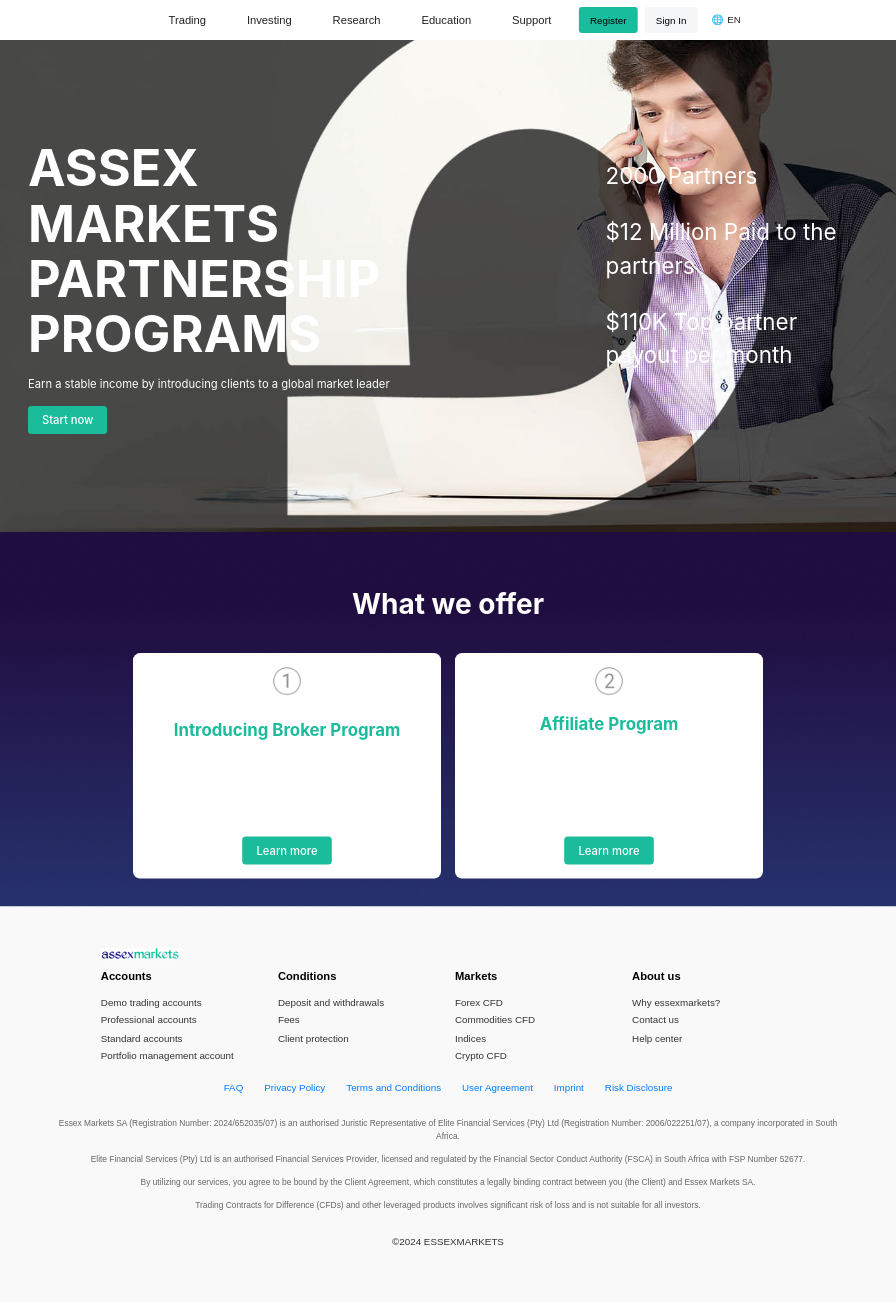
Repository: RevenewMarketing/Assex
Page: /partner
These files come from the project's save history. The page is drawn as it stood at one moment and after a run of saves; the edit follows.
The browser window is 1280 px wide. The pictures show the whole page, at 70% of full size.
The project was rebuilt for these pictures with package versions that can differ from the ones it lists, and the page was loaded fresh each time. Also part of the build but not shown: vite.config.ts, src/pages/home/sections/HeroSection.module.css, src/pages/home/sections/HeroSection.tsx, src/pages/home/sections/Section2.tsx, src/pages/home/sections/Section3.tsx, src/pages/home/sections/Section4.tsx, src/pages/home/sections/Section5.tsx, src/pages/home/sections/Section6.tsx and 10 more.

Above is the page before, as saved 2024-11-28 00:47:00.

### index.html
<!doctype html>
<html lang="en">
  <head>
    <meta charset="UTF-8" />
    <link rel="icon" type="image/svg+xml" href="/vite.svg" />
    <meta name="viewport" content="width=device-width, initial-scale=1.0" />
    <title>Assex</title>
  </head>
  <body>
    <div id="root"></div>
    <script type="module" src="/src/main.tsx"></script>
  </body>
</html>

### src/index.css
:root {
  font-family: Inter, system-ui, Avenir, Helvetica, Arial, sans-serif;
  line-height: 1.5;
  font-weight: 400;
  color-scheme: light dark;
  color: rgba(255, 255, 255, 0.87);
  background-color: #ffffff;
  font-synthesis: none;
  max-width: 1920px;
  margin: auto;
  text-rendering: optimizeLegibility;
  -webkit-font-smoothing: antialiased;
  -moz-osx-font-smoothing: grayscale;
}

a {
  font-weight: 500;
  color: #646cff;
  text-decoration: inherit;
}

a:hover {
  color: #535bf2;
}

body {
  margin: 0;
  display: flex;
  place-items: center;
  min-width: 320px;
  min-height: 100vh;
  background-color: #FFF;
  /* align-content: center; */
  flex-direction: column;
  justify-content: flex-start;
}

h1 {
  font-size: 3.2em;
  line-height: 1.1;
}

button {
  border-radius: 8px;
  border: 1px solid transparent;
  padding: 0.6em 1.2em;
  font-size: 1em;
  font-weight: 500;
  font-family: inherit;
  background-color: #1a1a1a;
  cursor: pointer;
  transition: border-color 0.25s;
}

button:hover {
  border-color: #646cff;
}

button:focus,
button:focus-visible {
  outline: 4px auto -webkit-focus-ring-color;
}

@media (prefers-color-scheme: light) {
  :root {
    color: #213547;
    background-color: #ffffff;
  }

  a:hover {
    color: #747bff;
  }

  button {
    background-color: #f9f9f9;
  }
}

### src/App.tsx

import './App.css'
// import Navigation from './pages/home/Navigation'
import NavigationMenu from './components/navigation-menu/NavigationMenu'

import { BrowserRouter, Route, Routes } from 'react-router';
import Home from './pages/home/Home';
import Footer from './components/footer-section/Footer';
import About from './pages/about/About';
import Partner from './pages/partner/Partner';

function App() {

  return (
    <>
    <BrowserRouter>
    <NavigationMenu />
    <Routes>
      <Route path="/" element={<Home />} />
      <Route path="/about" element={<About />} />
      <Route path="/partner" element={<Partner />} />
      {/* Define other routes */}
    </Routes>
    <Footer />
  </BrowserRouter>


    </>
  )
}

export default App

### src/App.css
#root {
  max-width: 1920px;
  width: 100%;
  margin: 0 auto;
  padding: 0;
  text-align: center;
}

.logo {
  height: 6em;
  padding: 1.5em;
  will-change: filter;
  transition: filter 300ms;
}
.logo:hover {
  filter: drop-shadow(0 0 2em #646cffaa);
}
.logo.react:hover {
  filter: drop-shadow(0 0 2em #61dafbaa);
}

@keyframes logo-spin {
  from {
    transform: rotate(0deg);
  }
  to {
    transform: rotate(360deg);
  }
}

@media (prefers-reduced-motion: no-preference) {
  a:nth-of-type(2) .logo {
    animation: logo-spin infinite 20s linear;
  }
}

.card {
  padding: 2em;
}

.read-the-docs {
  color: #888;
}

/* Auth Buttons */
.authButtons {
  /* margin-left: auto; */
  display: flex;
  gap: 10px;
}

### src/components/footer-section/Footer.tsx

import styles from './FooterStyles.module.css';
import essexLogo from '../../assets/pages/Global/2-Footer/1AssexMarket-WordMark.png';
import { Link } from 'react-router';

const footerContent = {
  accounts: [
    'Demo trading accounts',
    'Professional accounts',
    'Standard accounts',
    'Portfolio management account',
  ],
  conditions: ['Deposit and withdrawals', 'Fees', 'Client protection'],
  markets: ['Forex CFD', 'Commodities CFD', 'Indices', 'Crypto CFD'],
  aboutUs: ['Why essexmarkets?', 'Contact us', 'Help center'],
  links: ['FAQ', 'Privacy Policy', 'Terms and Conditions', 'User Agreement', 'Imprint', 'Risk Disclosure'],
  details: [
    'Essex Markets SA (Registration Number: 2024/652035/07) is an authorised Juristic Representative of Elite Financial Services (Pty) Ltd (Registration Number: 2006/022251/07), a company incorporated in South Africa.',
    'Elite Financial Services (Pty) Ltd is an authorised Financial Services Provider, licensed and regulated by the Financial Sector Conduct Authority (FSCA) in South Africa with FSP Number 52677.',
    'By utilizing our services, you agree to be bound by the Client Agreement, which constitutes a legally binding contract between you (the Client) and Essex Markets SA.',
    'Trading Contracts for Difference (CFDs) and other leveraged products involves significant risk of loss and is not suitable for all investors.',
  ],
};

const Footer: React.FC = () => {
  return (
    <footer className={styles.footerContainer}>
      <div className={styles.logoContainer}>
        <img src={essexLogo} alt="Essex Markets Logo" />
      </div>
      <div className={styles.columnsContainer}>
        <div>
          <h4>Accounts</h4>
          <ul>
            {footerContent.accounts.map((account, index) => (
              <li key={index}>{account}</li>
            ))}
          </ul>
        </div>
        <div>
          <h4>Conditions</h4>
          <ul>
            {footerContent.conditions.map((condition, index) => (
              <li key={index}>{condition}</li>
            ))}
          </ul>
        </div>
        <div>
          <h4>Markets</h4>
          <ul>
            {footerContent.markets.map((market, index) => (
              <li key={index}>{market}</li>
            ))}
          </ul>
        </div>
        <div>
          <Link
            to="/about"

           ><h4>About us</h4></Link>
          <ul>
            {footerContent.aboutUs.map((about, index) => (
              <li key={index}>{about}</li>
            ))}
          </ul>
        </div>
      </div>
      <div className={styles.linksContainer}>
        {footerContent.links.map((link, index) => (
          <a href="#" key={index}>
            {link}
          </a>
        ))}
      </div>
      <div className={styles.details}>
        {footerContent.details.map((detail, index) => (
          <p key={index}>{detail}</p>
        ))}
      </div>
      <div className={styles.copyright}>
        <p>©2024 ESSEXMARKETS</p>
      </div>
    </footer>
  );
};

export default Footer;

### src/pages/partner/Partner.tsx
import Section1 from "./sections/Section1"
import Section2 from "./sections/Section2"


const Partner = () => {
  return (
    <div>
      <Section1 />
      <Section2 />
    </div>
  )
}

export default Partner

### src/components/navigation-menu/NavigationMenu.module.css
.navigationContainer {
  position: relative;
  font-family: Arial, sans-serif;
}

/* Navigation Bar */
.navigationBar {
  position: fixed;
  top: 0;
  left: 0;
  width: 100%;
  display: flex;
  background-color: #ffffff;
  padding: 10px 20px;
  box-sizing: border-box;
  z-index: 1001;
  justify-content: center;
}

/* Menu Item Container */
.menuItemContainer {
  margin-right: 20px;
}

/* Menu Items */
.menuItem {
  background: none;
  border: none;
  color: rgb(34, 34, 34);
  font-size: 16px;
  cursor: pointer;
  transition: opacity 0.3s;
}

.menuItem:hover {
  opacity: 0.7;
}

.active {
  opacity: 0.5;
}



.languageSelector {
  margin-left: 20px;
  display: flex;
  align-items: center;
  font-size: 14px;
  color: #000000d8;
  cursor: pointer;
}

.globeIcon {
  margin-right: 5px;

}

/* Submenu */
.submenu {
  position: fixed;
  top: 50px;
  left: 0;
  width: 100%;
  height: 300px;
  background-color: #ffffff;
  box-shadow: 0 4px 8px rgba(0, 0, 0, 0.2);
  padding: 20px;
  box-sizing: border-box;
  z-index: 1000;
  opacity: 0;
  transform: translateY(-100%);
}

.submenuContent {
  display: flex
  ;
      justify-content: flex-start;
      gap: 10dvw;
      padding: 0 5dvw;
}

.submenuSection h4 {
  color: #0000003d;
}

.submenuSection {
  text-align: left;
}

.submenuSection a {
  color: #000000;
  text-decoration: none;
  cursor: pointer;
  transition: color 0.3s;
}

.submenuSection a:hover {
  color: #00b074;
  transition: color 0.3s;
}

/* Fade In Animation */
.fadeIn {
  animation: slide-in-top 0.3s cubic-bezier(0.25, 0.46, 0.45, 0.94) forwards;
}

@keyframes slide-in-top {
  0% {
    transform: translateY(-100%);
    opacity: 0;
  }
  100% {
    transform: translateY(0);
    opacity: 1;
  }
}

/* Fade Out Animation */
.fadeOut {
  animation: slide-out-top 0.3s cubic-bezier(0.25, 0.46, 0.45, 0.94) forwards;
}

@keyframes slide-out-top {
  0% {
    transform: translateY(0);
    opacity: 1;
  }
  100% {
    transform: translateY(-100%);
    opacity: 0;
  }
}

/* Overlay */
.overlay {
  position: fixed;
  top: 50px;
  left: 0;
  width: 100%;
  height: calc(100% - 50px);
  background: rgba(0, 0, 0, 0.5);
  z-index: 999;
  opacity: 0;
  visibility: hidden;
  transition: opacity 0.3s ease, visibility 0.3s ease;
}

.fadeInOverlay {
  opacity: 1;
  visibility: visible;
  backdrop-filter: blur(5px);
}

.fadeOutOverlay {
  opacity: 0;
  visibility: hidden;
}

/* Page Content */
.pageContent {
  /* padding: 80px 20px 20px 20px; */
  transition: opacity 0.3s;
}

.dimmed {
  opacity: 0.3;
}

### src/components/ReusableButton.tsx

import styles from './GlobalComponentStyles.module.css';

type Props = {
  link?: string;
  text: string;
  type: 'register' | 'sign-in' | 'logout' | 'profile' | 'settings' | 'help' | 'free-trial' | 'learn-more' | 'dark' | 'light';
};

export default function ReusableButton({ link, text, type }: Props) {
  return (
      <button
      style={{
        backgroundColor: type === 'register' ? '#19BC9C' :
        type === 'sign-in' ? '#F4F6F7' :
        type === 'logout' ? '#FF6347' :
        type === 'profile' ? '#FFA07A' :
        type === 'settings' ? '#FF7F50' :
        type === 'help' ? '#FFA500' :
        type === 'free-trial' ? '#FFD700' :
        type === 'learn-more' ? '#FF4500' :
        type === 'dark' ? '#4C4B4D' :
        type === 'light' ? '#fff' : '#000',
        color: type === 'dark' ? '#fff' : '#000'
      }}
        className={styles.registerButton}
        onClick={() => window.open(link, '_blank')}
      >{text}
      </button>

  );
}

### src/components/footer-section/FooterStyles.module.css
.footerContainer {
  background-color: #f9f9f9;
  color: #333;
  padding: 60px 20px;
  font-family: Arial, sans-serif;
  font-size: 14px;
  line-height: 1.8;
}

.footerContainer h4 {
  font-size: 16px;
  font-weight: bold;
  margin-bottom: 10px;
  color: #000;
  text-align: left;
  margin-top: 0;
}

.footerContainer ul {
  list-style-type: none;
  padding: 0;
  margin: 0;
  text-align: left;
}

.footerContainer ul li {
  margin-bottom: 0px;
  cursor: pointer;
}

.footerContainer ul li:hover {
  color: #00b894;
}

.footerContainer .columnsContainer {
  display: flex
  ;
      justify-content: space-between;
      gap: 20px;
      flex-wrap: wrap;
      margin-bottom: 40px;
      width: 80%;
      margin: auto;
}

.footerContainer .columnsContainer > div {
  flex: 1;
  min-width: 180px; /* Ensures alignment and proper spacing */
}



.footerContainer .linksContainer {
  text-align: center;
  margin: 20px 0 30px;
}

.footerContainer .linksContainer a {
  color: #007bff;
  text-decoration: none;
  margin: 0 15px;
  font-size: 14px;
}

.footerContainer .linksContainer a:hover {
  text-decoration: underline;
}

.footerContainer .details {
  font-size: 12px;
  color: #666;
  line-height: 1.5;
  margin: 20px auto;
  text-align: center;
  width: 90%;
}

.footerContainer .details p {
  margin-bottom: 15px;
}

.footerContainer .logoContainer {
  text-align: left;
  margin: auto;
  width: 80%;
}

.footerContainer .logoContainer img {
  max-width: 150px;
}

.footerContainer .copyright {
  text-align: center;
  font-size: 14px;
  margin-top: 30px;
}

### src/pages/partner/sections/Section1.tsx
import styles from './Section1.module.css';
import backgroundImage from '../../../assets/pages/Partner/1-hero-banner-partner.jpg';

const section1Content = {
  title: "ASSEX MARKETS PARTNERSHIP PROGRAMS",
  description: "Earn a stable income by introducing clients to a global market leader",
  backgroundImage: backgroundImage, // Replace with your background image path
  buttonLink: "https://my.assexmarkets.com/auth/register",
};

const Section1: React.FC = () => {
  return (
    <section
      style={{
        backgroundImage: `url(${section1Content.backgroundImage})`,
      }}
      className={styles.section1}
    >
      <div className={styles.overlay}></div>
      <div className={styles.content}>
        <h1 className={styles.title}>{section1Content.title}</h1>
        <p className={styles.description}>{section1Content.description}</p>
        <button onClick={
          () => {
            window.open(section1Content.buttonLink, "_blank");
        }} className={styles.startButton}>Start now</button>
      </div>
      <div className={styles.details}>
        <p>2000 Partners</p>
        <p>$12 Million Paid to the partners</p>
        <p>$110K Top partner payout per month</p>
      </div>
    </section>
  );
};

export default Section1;

### src/pages/partner/sections/Section2.tsx

import styles from './Section2.module.css';
import box1 from '../../../assets/pages/Partner/2-section1-icon1.png';
import box2 from '../../../assets/pages/Partner/2-section1-icon2.png';

const section2Content = {
  title: "What we offer",
  cards: [
    {
      icon: box1,
      title: "Introducing Broker Program",
      description: "You get up to 40% of our revenue Earn up to 40% of our revenue from every active trader you refer to us. If they’re trading, you’re earning.",
      buttonText: "Learn more"
    },
    {
      icon: box2,
      title: "Affiliate Program",
      description: "You get up to $1850 of our revenue We are leading the industry with scheduled and attractive payouts. We offer a range of commission plans, so you can choose the best fit for you.",
      buttonText: "Learn more"
    }
  ]
};

const Section2: React.FC = () => {
  return (
    <section className={styles.section2}>

      <h2 className={styles.title}>{section2Content.title}</h2>
      <div className={styles.cardsContainer}>
        {section2Content.cards.map((card, index) => (

          <div key={index} className={styles.card}>
            <img src={card.icon} alt="icon" className={styles.cardIcon} />
            <h3 className={styles.cardTitle}>{card.title}</h3>
            <p className={styles.cardDescription}>{card.description}</p>
            <button className={styles.learnMoreButton}>{card.buttonText}</button>
          </div>
        ))}
      </div>
    </section>
  );
};

export default Section2;

### src/components/GlobalComponentStyles.module.css


.registerButton {
  background-color: #00b074;
  color: white;
  border: none;
  padding: 8px 16px;
  font-size: 14px;
  border-radius: 4px;
  cursor: pointer;
}

.signInButton {
  background-color: #f4f4f4;
  color: #333;
  border: 1px solid #ccc;
  padding: 8px 16px;
  font-size: 14px;
  border-radius: 4px;
  cursor: pointer;
}

### src/pages/partner/sections/Section1.module.css
.section1 {
  position: relative;
  background-size: cover;
  background-position: center;
  height: 760px;
  display: flex;
  align-items: center;
  justify-content: space-between;
  color: white;
  padding: 0 40px;
}

.overlay {
  position: absolute;
  top: 0;
  right: 0;
  width: 100%; /* Adjusts the gradient coverage */
  height: 100%;

  z-index: 1;
}

.content {
  position: relative;
  z-index: 2;
  max-width: 50%;
  text-align: left;
}

.content p {
  font-size: 1rem;
  line-height: 1.5;
}

.title {
  font-size: 4.5rem;
  font-weight: bold;
  margin-bottom: 20px;
  text-transform: uppercase;
}

.description {
  font-size: 2rem;
  line-height: 1.2;
  margin-bottom: 20px;
}

.startButton {
  padding: 10px 20px;
  background-color: #1ABC9C;
  color: white;
  border: none;
  border-radius: 5px;
  cursor: pointer;
  font-size: 1rem;
}

.details {
  position: relative;
  z-index: 2;
  max-width: 50%;
  text-align: left;
  margin-left: auto;
  width: 375px;
}

.details p {
  font-size: 2rem;
  line-height: 1.5;
}

### src/pages/partner/sections/Section2.module.css
.section2 {
  background-image: url("../../../assets/pages/Homepage/3-Section-3-BG.png");
  background-size: cover;
  background-position: center;
  color: white;
  padding: 40px 20px;
  text-align: center;
  min-height: 50dvh;
}

.title {
  font-size: 2.5rem;
  margin-bottom: 40px;
}

.cardsContainer {
  display: flex;
  justify-content: center;
  gap: 20px;
}

.card {
  background-color: white;

  border-radius: 10px;
  padding: 20px;
  flex: 1;
  max-width: 400px;
  text-align: left;
  display: flex;
  flex-direction: column;
  align-items: center;
  justify-content: space-between;
}

.cardIcon {
  width: 40px;
  margin: 0px;
  color: #1ABC9C;
  /* Blue color for the icon */
}

.cardTitle {
  font-size: 1.5rem;
  margin-bottom: 10px;
  color: #1ABC9C;
  /* Blue color for the title */
}

.cardDescription {
  font-size: 1rem;
  margin-bottom: 20px;
}

.learnMoreButton {
  padding: 10px 20px;
  background-color: #1ABC9C;
  /* Blue background for the button */
  color: white;
  border: none;
  border-radius: 5px;
  cursor: pointer;
  font-size: 1rem;
}

.learnMoreButton:hover {
  background-color: #1ABC9C;
  /* Darker blue on hover */
}

Loaded but not shown: src/main.tsx (common file); src/components/navigation-menu/NavigationMenu.tsx (254 lines, source omitted)

After the next 2 saves:
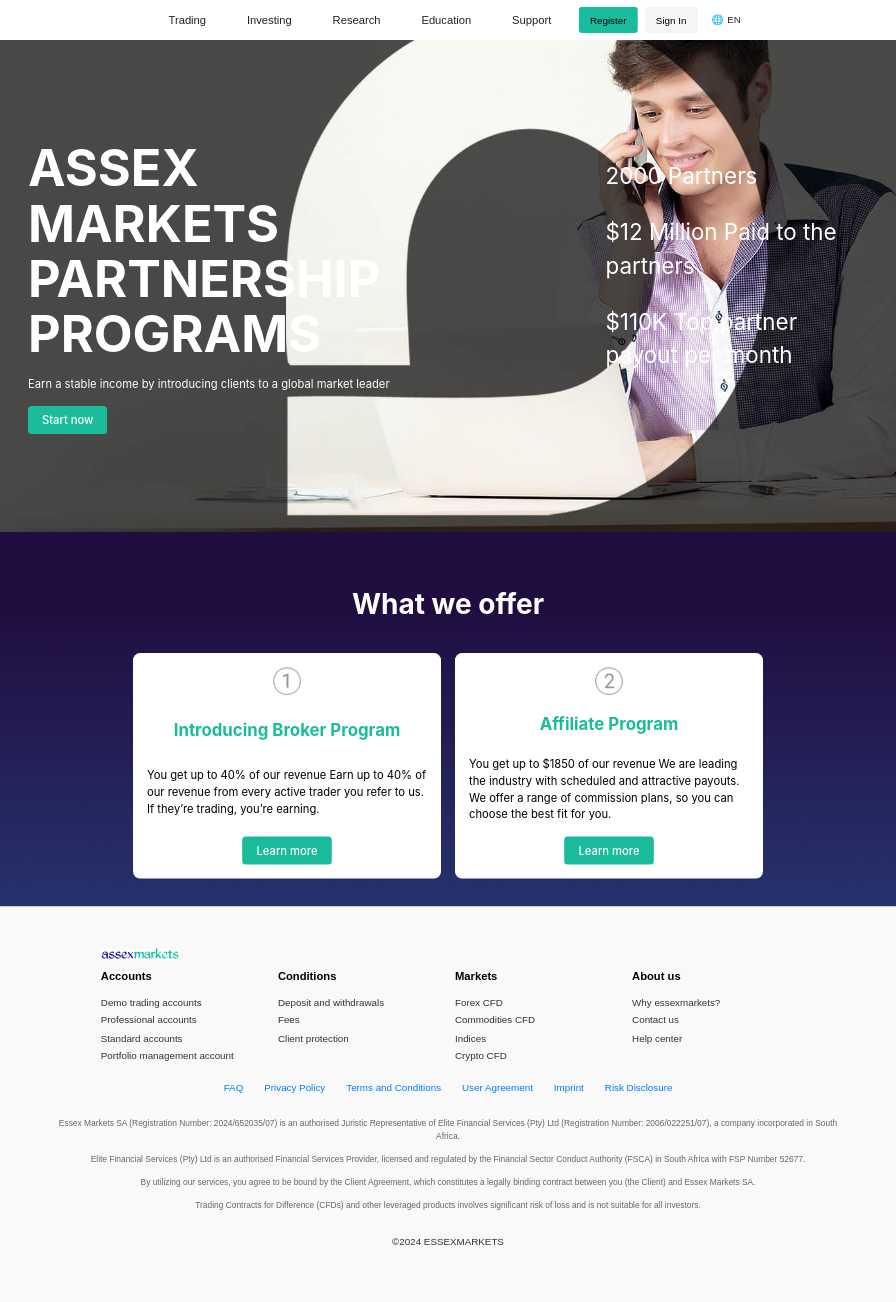
The 2 saves are shown as one change because they came seconds apart.
The last was saved 8 s later.
--- a/src/pages/partner/sections/Section2.module.css
+++ b/src/pages/partner/sections/Section2.module.css
@@ -21,7 +21,7 @@
 
 .card {
   background-color: white;
-
+  color: #000000;
   border-radius: 10px;
   padding: 20px;
   flex: 1;
